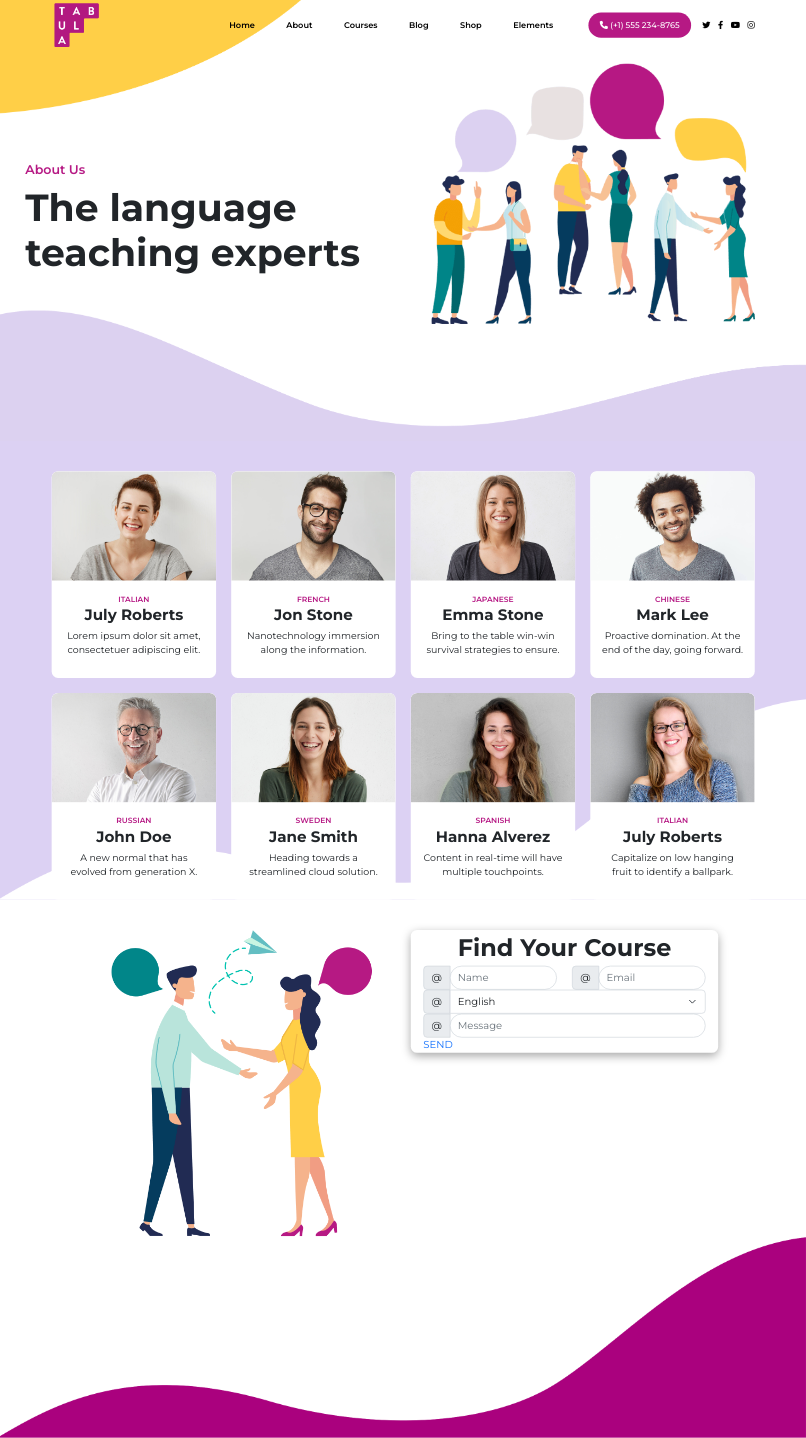
Repository: minhtrivu6199/tabula
Page: index.html
These files come from the project's save history. The page is drawn as it stood at one moment and after the next save; the edit follows.
The browser window is 1280 px wide. The pictures show the whole page, at 63% of full size.
Some web libraries are served in a nearby version. The style sheet was rebuilt from its Sass, Less or Tailwind sources for each picture, by a compiler version that may differ from the author's.

Above is the page before, as saved 2022-09-28 10:53:09.

After the next save:
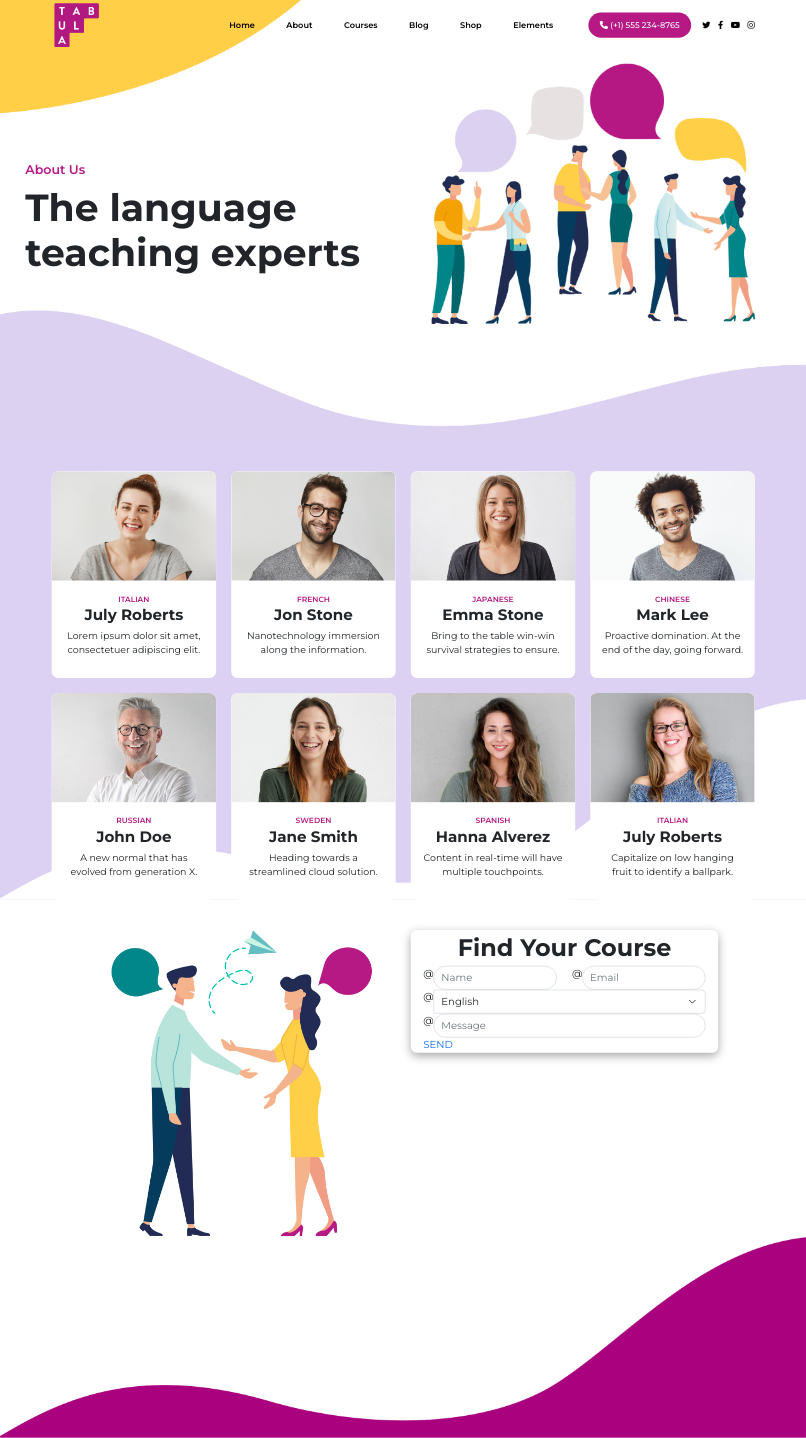
Saved 2 min 31 s later.
--- a/index.html
+++ b/index.html
@@ -301,7 +301,7 @@
                     <span class="title"> Find Your Course </span>
                     <div class="row">
                       <div class="input-group flex-nowrap col-6 w-50">
-                        <span class="input-group-text">@</span>
+                        <span class="input-icon">@</span>
                         <input
                           type="text"
                           class="form-control"
@@ -309,7 +309,7 @@
                         />
                       </div>
                       <div class="input-group flex-nowrap col-6 w-50">
-                        <span class="input-group-text">@</span>
+                        <span class="input-icon">@</span>
                         <input
                           type="text"
                           class="form-control"
@@ -318,7 +318,7 @@
                       </div>
 
                       <div class="input-group">
-                        <span class="input-group-text">@</span>
+                        <span class="input-icon">@</span>
                         <select
                           class="form-select"
                           aria-label="Default select example"
@@ -330,7 +330,7 @@
                         </select>
                       </div>
                       <div class="input-group">
-                        <span class="input-group-text">@</span>
+                        <span class="input-icon">@</span>
                         <input
                           type="text"
                           class="form-control"
